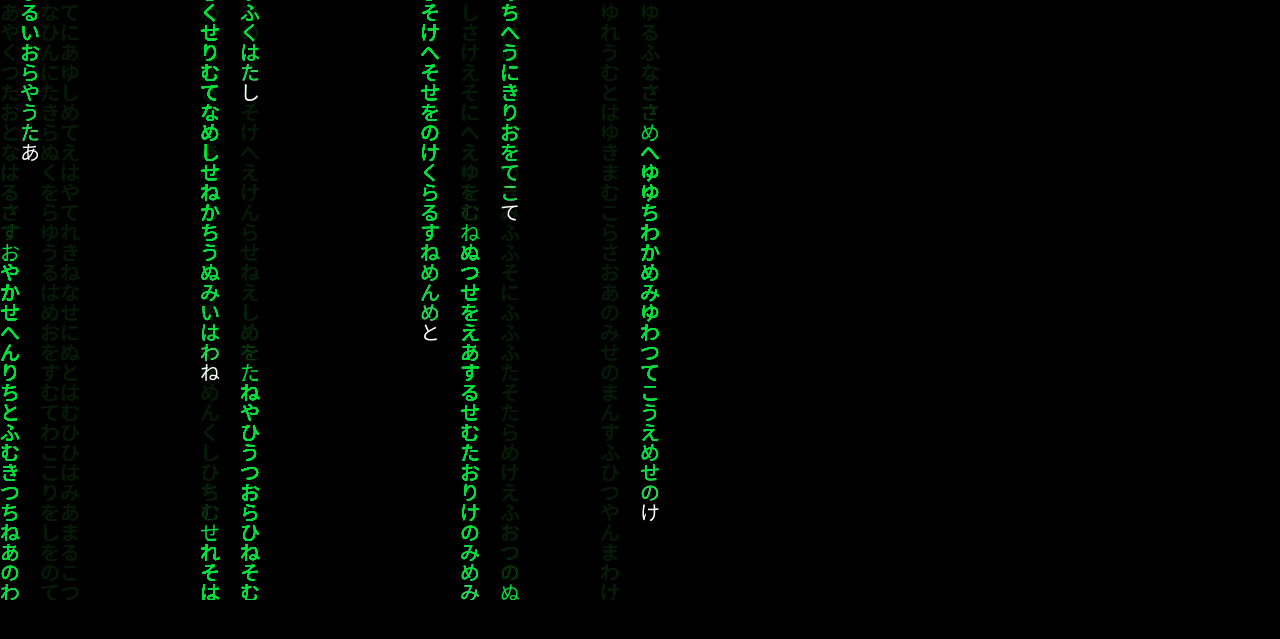
Repository: superdids/DAT152
Page: http://localhost/DigitalRain/
An editor plug-in stored every save of this project. The page is shown before and after the next save, followed by the edit.
The browser window is 1280 px wide. The pictures show the whole page.
The page is served by Tomcat 9.

Above is the page before, as saved 2015-08-31 09:09:39.

### DigitalRain/WebContent/index.html
<!DOCTYPE html>
<html>
<head>
<meta charset="UTF-8">
<script type="text/javascript" src="js/digitalRain.js"></script>
<link href="css/style.css" rel="stylesheet" type="text/css" />
<title>Insert title here</title>
</head>
<body>

<canvas id="c"></canvas>

</body>
</html>

### DigitalRain/WebContent/js/digitalRain.js
"use strict";

var canvas, ctx, fontSize, cols;
//var symbols = generateSymbols();
var symbols = "あかさたないきしちにうくすつぬえけせてねおこそとのはまやらわひみりをふむゆるんへめれ".split("");

var drops = [];
var toDim = [];
var count = [];
var len = 20;
function draw()
{

	for(var x = 0; x < drops.length; x++) {
		if(rand(200) > 198 || drops[x] > 0) {
			toDim[x][drops[x]]  = symbols[rand(symbols.length)];

			if(drops[x] - len >= 0) {
				ctx.fillStyle = "black";
				ctx.clearRect(x*fontSize, (drops[x]-len)*fontSize, fontSize, fontSize);

			}
			ctx.fillStyle = "#01DF3A";
			for(var y = 1; y < len; y++) {
				ctx.fillText(toDim[x][drops[x]-y], x*fontSize, (drops[x]-y)*fontSize);
			}

			ctx.fillStyle = "#071907";
			for(var y = len; y < drops[x]; y++) {
				ctx.fillText(toDim[x][drops[x]-y], x*fontSize, (drops[x]-y)*fontSize);
			}

			ctx.fillStyle = "#FFFFFF";
			ctx.fillText(toDim[x][drops[x]] , x*fontSize, drops[x]*fontSize);

			if(drops[x]*fontSize > canvas.height && rand(1000) > 975) {
				drops[x] = 0;
			}




			drops[x]++;
		}
	}
}

//window.onresize = function() {
//canvas = document.getElementById('c');
//canvas.width = screen.width;
//canvas.height= screen.height;
//ctx = canvas.getContext("2d");
//fontSize = 20;
//cols = canvas.width/fontSize;
//}

window.onload = function() {
	canvas = document.getElementById('c');
	canvas.width = screen.width;
	canvas.height= screen.height;

	ctx = canvas.getContext("2d");
	fontSize = 20;
	cols = canvas.width/fontSize;
	for(var x = 0; x < cols; x++) {
		drops[x] = 0;
		toDim[x] = new Array();
		count[x] = 0;
	}
	ctx.font = fontSize + "px arial";
	window.setInterval(draw, 75);
}





function rand(arg) {
//	console.log(Math.floor(Math.random() * arg));
	return Math.floor(Math.random() * arg);
}

function generateSymbols() {
	var arr = ["0", "1", "2", "3", "4", "5", "6", "7", "8", "9", "@", "#", "$", "%", "&", "{", "}", "[", "]", "="];
	return arr;
}

### DigitalRain/WebContent/css/style.css
/*basic reset*/
* {margin: 0; padding: 0;}
/*adding a black bg to the body to make things clearer*/
body {background: black;}
canvas {display: block;}

After the next save:
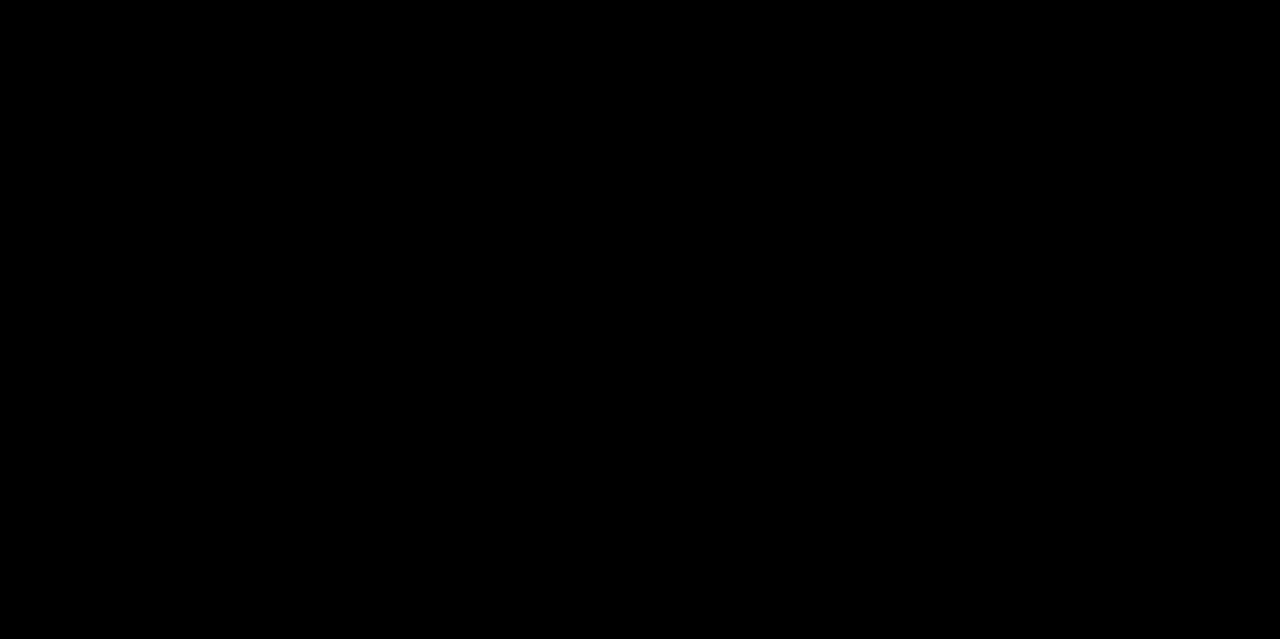
Console error: SyntaxError: Invalid or unexpected token
Saved 25 s later.
--- a/DigitalRain/WebContent/js/digitalRain.js
+++ b/DigitalRain/WebContent/js/digitalRain.js
@@ -2,7 +2,8 @@
 
 var canvas, ctx, fontSize, cols;
 //var symbols = generateSymbols();
-var symbols = "あかさたないきしちにうくすつぬえけせてねおこそとのはまやらわひみりをふむゆるんへめれ".split("");
+//var symbols = "あかさたないきしちにうくすつぬえけせてねおこそとのはまやらわひみりをふむゆるんへめれ".split("");
+var symbols = "penis!"#¤%&/()=".split("");
 
 var drops = [];
 var toDim = [];

After the save that followed:
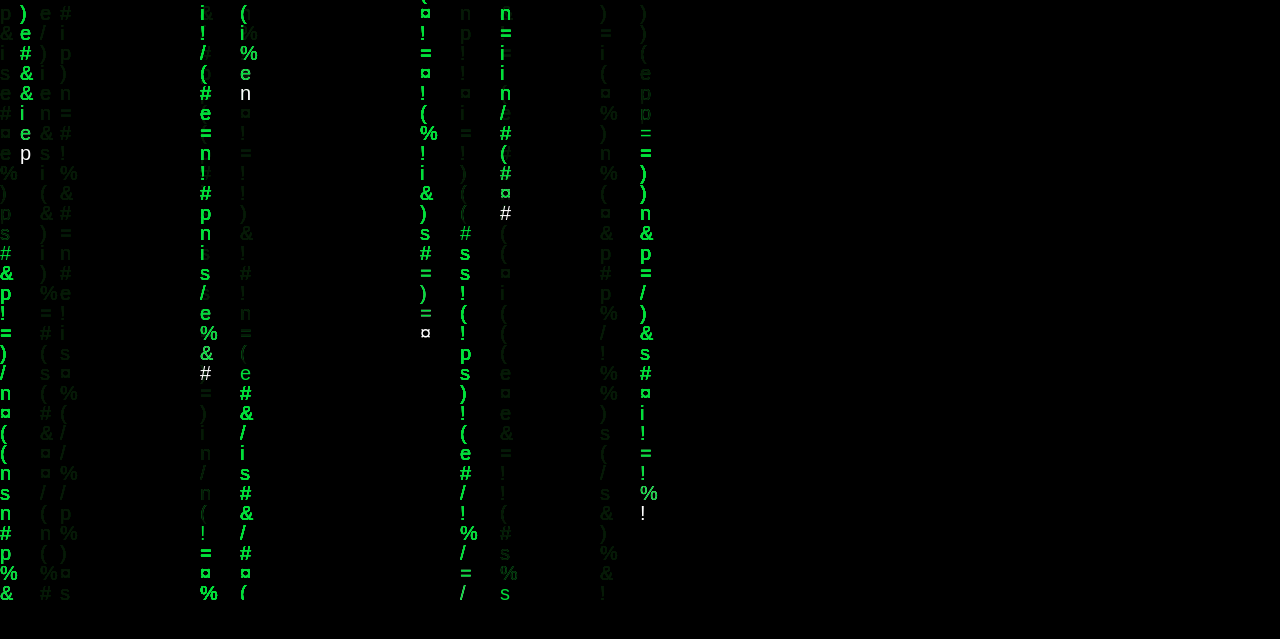
The error is gone.
Saved 5 s later.
--- a/DigitalRain/WebContent/js/digitalRain.js
+++ b/DigitalRain/WebContent/js/digitalRain.js
@@ -3,7 +3,7 @@
 var canvas, ctx, fontSize, cols;
 //var symbols = generateSymbols();
 //var symbols = "あかさたないきしちにうくすつぬえけせてねおこそとのはまやらわひみりをふむゆるんへめれ".split("");
-var symbols = "penis!"#¤%&/()=".split("");
+var symbols = "penis!#¤%&/()=".split("");
 
 var drops = [];
 var toDim = [];
